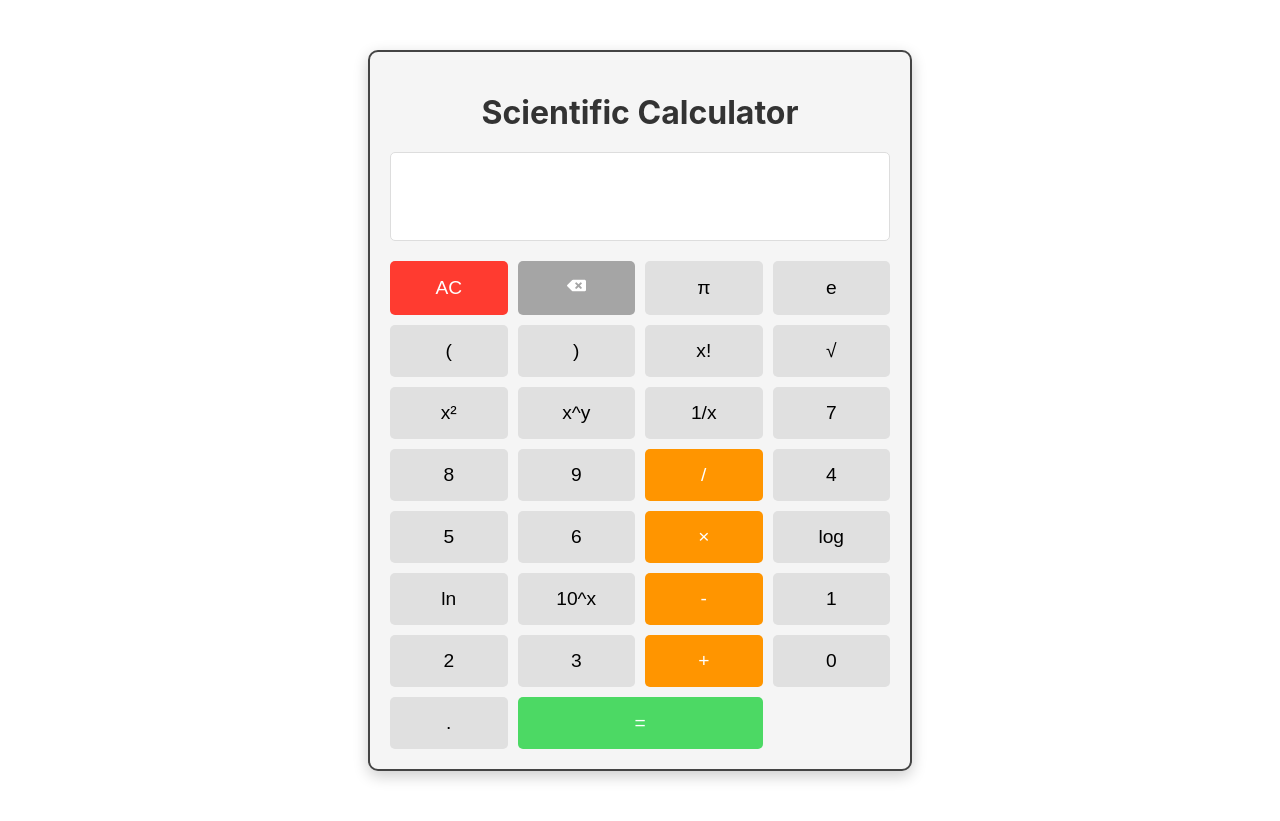
Repository: thesaherriaz/Calculator-React
Page: /
An editor plug-in stored every save of this project. The page is shown before and after the next save, followed by the edit.
The browser window is 1280 px wide. The pictures show the whole page.
The project was rebuilt for these pictures with package versions that can differ from the ones it lists, and the page was loaded fresh each time.

Above is the page before, as saved 2025-06-20 12:38:57.

### public/index.html
<!DOCTYPE html>
<html lang="en">
  <head>
    <meta charset="utf-8" />
    <link rel="icon" href="%PUBLIC_URL%/favicon.ico" />
    <meta name="viewport" content="width=device-width, initial-scale=1" />
    <meta name="theme-color" content="#000000" />
    <meta
      name="description"
      content="Web site created using create-react-app"
    />
    <link rel="apple-touch-icon" href="%PUBLIC_URL%/logo192.png" />
    <link rel="stylesheet" href="https://cdnjs.cloudflare.com/ajax/libs/font-awesome/6.0.0/css/all.min.css">
    <!--
      manifest.json provides metadata used when your web app is installed on a
      user's mobile device or desktop. See https://developers.google.com/web/fundamentals/web-app-manifest/
    -->
    <link rel="manifest" href="%PUBLIC_URL%/manifest.json" />
    <!--
      Notice the use of %PUBLIC_URL% in the tags above.
      It will be replaced with the URL of the `public` folder during the build.
      Only files inside the `public` folder can be referenced from the HTML.

      Unlike "/favicon.ico" or "favicon.ico", "%PUBLIC_URL%/favicon.ico" will
      work correctly both with client-side routing and a non-root public URL.
      Learn how to configure a non-root public URL by running `npm run build`.
    -->
    <title>React App</title>
  </head>
  <body>
    <noscript>You need to enable JavaScript to run this app.</noscript>
    <div id="root"></div>
    <!--
      This HTML file is a template.
      If you open it directly in the browser, you will see an empty page.

      You can add webfonts, meta tags, or analytics to this file.
      The build step will place the bundled scripts into the <body> tag.

      To begin the development, run `npm start` or `yarn start`.
      To create a production bundle, use `npm run build` or `yarn build`.
    -->
  </body>
</html>

### src/App.js
import React from 'react'
import Calculator from './compnents/Calculator'

function App() {
  return (
    <Calculator />
  )
}

export default App

### src/compnents/Calculator.jsx
import React, { useState } from 'react';
import './Calculator.css';
import { FaBackspace } from "react-icons/fa";

function Calculator() {
    const [input, setInput] = useState('');
    const [result, setResult] = useState('');

    const handleClick = (value) => {
        if (value === 'AC') {
            setInput('');
            setResult('');
        } else if (value === 'DEL') {
            setInput(prev => prev.slice(0, -1));
        } else if (value === '=') {
            calculateResult();
        } else if (value === '√') {
            setInput(prev => `Math.sqrt(${prev})`);
        } else if (value === 'x²') {
            setInput(prev => `Math.pow(${prev},2)`);
        } else if (value === 'x^y') {
            setInput(prev => `${prev}^`);
        } else if (value === '1/x') {
            setInput(prev => `1/(${prev})`);
        } else if (value === 'log') {
            setInput(prev => `Math.log10(${prev})`);
        } else if (value === 'ln') {
            setInput(prev => `Math.log(${prev})`);
        } else if (value === 'π') {
            setInput(prev => prev + 'Math.PI');
        } else if (value === 'e') {
            setInput(prev => prev + 'Math.E');
        } else if (value === '10^x') {
            setInput(prev => `Math.pow(10,${prev})`);
        } else if (value === 'x!') {
            setInput(prev => `factorial(${prev})`);
        } else {
            setInput(prev => prev + value);
        }
    };

    const factorial = (n) => {
        if (n < 0) return NaN;
        if (n <= 1) return 1;
        return n * factorial(n - 1);
    };

    const calculateResult = () => {
        try {
            // Replace ^ with ** for exponentiation
            let expression = input.replace(/\^/g, '**');
            // Evaluate the expression
            setResult(eval(expression).toString());
        } catch (error) {
            setResult('Error');
        }
    };

    return (
        <div className="calculator">
            <h1>Scientific Calculator</h1>
            <div className="display">
                <div className="input">{input}</div>
                <div className="result">{result}</div>
            </div>
            <div className="buttons">
                <button onClick={() => handleClick('AC')} className="clear">AC</button>
                <button onClick={() => handleClick('DEL')} className="delete"><FaBackspace /></button>
                <button onClick={() => handleClick('π')}>π</button>
                <button onClick={() => handleClick('e')}>e</button>
                <button onClick={() => handleClick('(')}>(</button>
                <button onClick={() => handleClick(')')}>)</button>

                <button onClick={() => handleClick('x!')}>x!</button>
                <button onClick={() => handleClick('√')}>√</button>
                <button onClick={() => handleClick('x²')}>x²</button>
                <button onClick={() => handleClick('x^y')}>x^y</button>
                <button onClick={() => handleClick('1/x')}>1/x</button>

                <button onClick={() => handleClick('7')}>7</button>
                <button onClick={() => handleClick('8')}>8</button>
                <button onClick={() => handleClick('9')}>9</button>
                <button className="operator" onClick={() => handleClick('/')}>/</button>

                <button onClick={() => handleClick('4')}>4</button>
                <button onClick={() => handleClick('5')}>5</button>
                <button onClick={() => handleClick('6')}>6</button>
                <button className="operator" onClick={() => handleClick('*')}>×</button>

                <button onClick={() => handleClick('log')}>log</button>
                <button onClick={() => handleClick('ln')}>ln</button>
                <button onClick={() => handleClick('10^x')}>10^x</button>
                <button className="operator" onClick={() => handleClick('-')}>-</button>

                <button onClick={() => handleClick('1')}>1</button>
                <button onClick={() => handleClick('2')}>2</button>
                <button onClick={() => handleClick('3')}>3</button>
                <button className="operator" onClick={() => handleClick('+')}>+</button>

                <button onClick={() => handleClick('0')}>0</button>
                <button onClick={() => handleClick('.')}>.</button>
                <button className="equals" onClick={() => handleClick('=')}>=</button>
            </div>
        </div>
    );
}

export default Calculator;

### src/compnents/Calculator.css
.calculator {
    width: 500px;
    margin: 50px auto;
    border: 2px solid #444;
    border-radius: 10px;
    padding: 20px;
    background-color: #f5f5f5;
    box-shadow: 0 5px 15px rgba(0, 0, 0, 0.2);
}

.calculator h1 {
    text-align: center;
    color: #333;
    margin-bottom: 20px;
}

.display {
    background-color: #fff;
    border: 1px solid #ddd;
    border-radius: 5px;
    padding: 10px;
    margin-bottom: 20px;
    text-align: right;
    min-height: 60px;
}

.input {
    font-size: 1.2em;
    color: #666;
    min-height: 1.2em;
}

.result {
    font-size: 1.8em;
    font-weight: bold;
    color: #333;
    min-height: 1.5em;
}

.buttons {
    display: grid;
    grid-template-columns: repeat(4, 1fr);
    grid-gap: 10px;
}

button {
    padding: 15px;
    font-size: 1.2em;
    border: none;
    border-radius: 5px;
    background-color: #e0e0e0;
    cursor: pointer;
    transition: all 0.2s;
}

button:hover {
    background-color: #d0d0d0;
}

button:active {
    transform: scale(0.95);
}

.operator {
    background-color: #ff9500;
    color: white;
}

.operator:hover {
    background-color: #e08500;
}

.clear {
    background-color: #ff3b30;
    color: white;
}

.clear:hover {
    background-color: #e0352b;
}

.delete {
    background-color: #a5a5a5;
    color: white;
}

.delete:hover {
    background-color: #959595;
}

.equals {
    background-color: #4cd964;
    color: white;
    grid-column: span 2;
}

.equals:hover {
    background-color: #3cc954;
}

Loaded but not shown: src/index.js (common file); src/index.css (common file); src/reportWebVitals.js (common file)

After the next save:
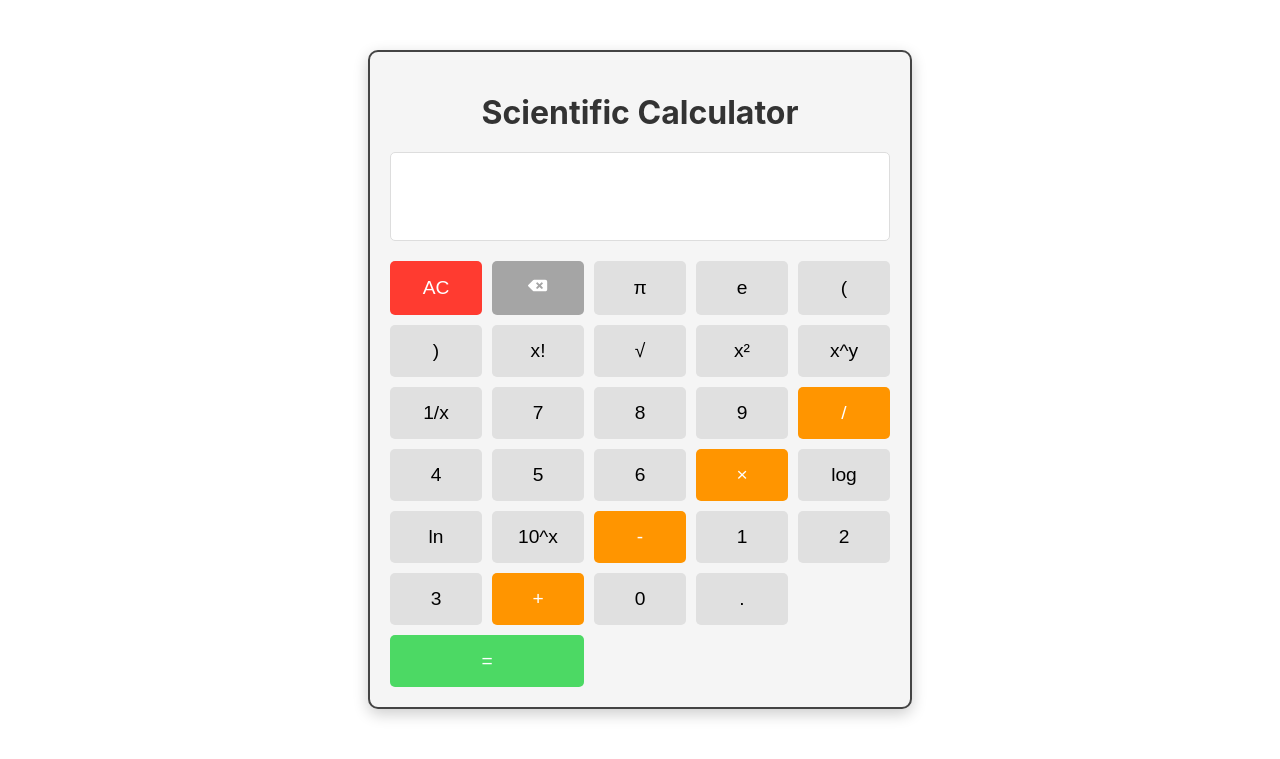
Saved 17 s later.
--- a/src/compnents/Calculator.css
+++ b/src/compnents/Calculator.css
@@ -39,7 +39,7 @@
 
 .buttons {
     display: grid;
-    grid-template-columns: repeat(4, 1fr);
+    grid-template-columns: repeat(5, 1fr);
     grid-gap: 10px;
 }
 
